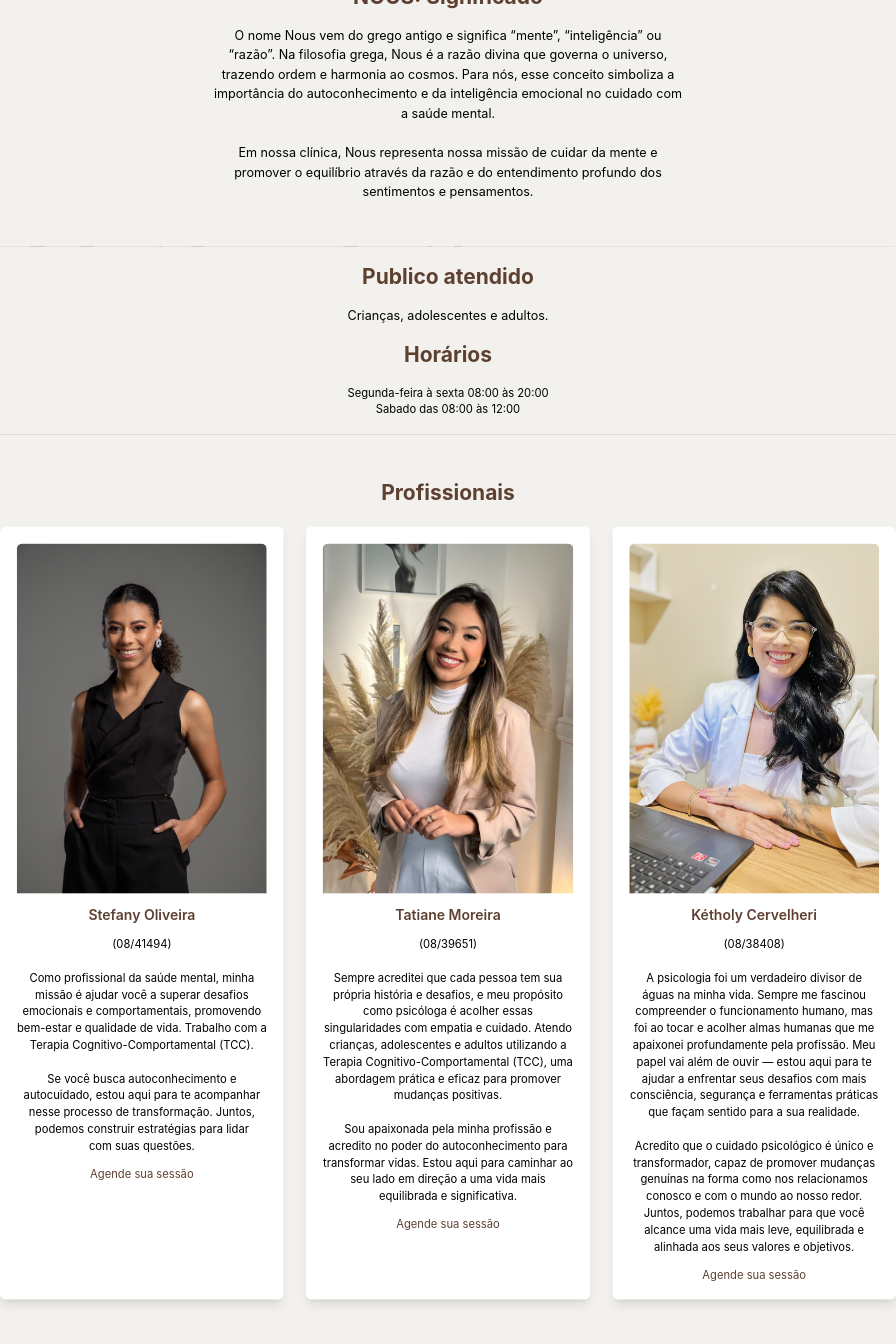
Repository: Mcervelheri/Nous
Page: /
The author's editor kept a copy of each file at every save. The page is drawn from the files as they stood at one save, then again after the next save.
The browser window is 1280 px wide. The pictures show the part of the page from y = 872 to 2792 px (the page is 2792 px tall before and 2786 px after), at 70% of full size.
The project was rebuilt for these pictures with package versions that can differ from the ones it lists, and the page was loaded fresh each time. Also part of the build but not shown: vite.config.js.

Above is the page before, as saved 2025-02-19 22:59:14.

### index.html
<!DOCTYPE html>
<html lang="en">
  <head>
    <meta charset="UTF-8" />
    <link rel="icon" type="image/svg+xml" href="/src/assets/logos/NOUS.png" />
    <meta name="viewport" content="width=device-width, initial-scale=1.0" />
    <title>Clínica NOUS</title>
  </head>
  <body>
    <div id="root"></div>
    <script type="module" src="/src/main.jsx"></script>
  </body>
</html>

### src/index.css
* {
  margin: 0;
  padding: 0;
  box-sizing: border-box;
}

@media (min-width: 768px) {
  .menu {
    display: flex !important;
  }

  .img_meninas {
    height: 500px;
  }
}

@media (max-width: 768px) {
  .img_meninas {
    height: 500px;
  }

  .inicio {
    flex-direction: column;
  }
}

@media (max-width: 570px) {
  .inicio p {
    text-align: center;
    font-size: 14px;
  }
}

html,
body {
  height: 100%;
  margin: 0;
  padding: 0;
}

#root {
  min-height: 100%;
  display: flex;
  flex-direction: column;
}

main {
  flex: 1;
  padding-bottom: 100px;
  /* Espaço suficiente para o footer */
}

footer {
  flex-shrink: 0;
  /* Isso impede que o footer encolha */
}

body {
  margin: 0;
  font-family: -apple-system, BlinkMacSystemFont, "Segoe UI", "Roboto", "Oxygen",
    "Ubuntu", "Cantarell", "Fira Sans", "Droid Sans", "Helvetica Neue",
    sans-serif;
  -webkit-font-smoothing: antialiased;
  -moz-osx-font-smoothing: grayscale;
}

code {
  font-family: source-code-pro, Menlo, Monaco, Consolas, "Courier New",
    monospace;
}

.map-container {
  height: 100%;
  width: 100%;
}

@tailwind base;
@tailwind components;
@tailwind utilities;

### src/components/Header.jsx
import "react";
import { useState } from "react";
import NavLogo from "./NavLogo";
import HamburgerButton from "./HamburgerButton.jsx";
import NavLinks from "./NavLinks";
import logoNous from "/src/assets/logos/logo-nous.png";

const Header = () => {
  const [isOpen, setIsOpen] = useState(false);

  return (
    <nav className="bg-white w-full">
      <div className="max-w-7xl mx-auto px-4 sm:px-6 lg:px-8">
        <div className="flex justify-between items-center h-16">
          <NavLogo logoSrc={logoNous} alt="Logo NOUS" />
          <HamburgerButton isOpen={isOpen} onClick={() => setIsOpen(!isOpen)} />
          <NavLinks isOpen={isOpen} />
        </div>
      </div>
    </nav>
  );
};

export default Header;

### src/components/Main.jsx
import "react";
import Home from "./Home";
import About from "./About";
import Informations from "./Informations";
import Professionals from "./Professionals";

const Main = () => {
  return (
    <>
      <Home />
      <About />
      <Informations />
      <Professionals />
    </>
  );
};

export default Main;

### src/components/NavLogo.jsx
import React from "react";

const NavLogo = ({ logoSrc, alt }) => (
  <div>
    <a href="#inicio">
      <img src={logoSrc} alt={alt} className="h-16" />
    </a>
  </div>
);

export default NavLogo;

### src/components/HamburgerButton.jsx
import React from "react";

const HamburgerButton = ({ isOpen, onClick }) => (
  <button
    className="md:hidden text-[#5e4031] focus:outline-none shadow-md p-2"
    onClick={onClick}
  >
    <svg
      className="w-6 h-6"
      xmlns="http://www.w3.org/2000/svg"
      fill="none"
      viewBox="0 0 24 24"
      stroke="currentColor"
    >
      <path
        strokeLinecap="round"
        strokeLinejoin="round"
        strokeWidth={2}
        d={!isOpen ? "M4 6h16M4 12h16M4 18h16" : "M6 18L18 6M6 6l12 12"}
      />
    </svg>
  </button>
);

export default HamburgerButton;

### src/components/NavLinks.jsx
import React from "react";
import NavLink from "./NavLink";

const NavLinks = ({ isOpen }) => {
  const links = [
    { href: "#inicio", label: "Início" },
    { href: "#sobre", label: "Sobre" },
    { href: "#profissionais", label: "Profissionais" },
    { href: "#missao", label: "Missão" },
    { href: "#contato", label: "Agende", isButton: true },
  ];

  return (
    <div
      className={`${
        isOpen ? "absolute top-16 right-0 bg-white shadow-md z-10" : "hidden"
      } md:flex md:items-center md:space-x-6 menu`}
    >
      {links.map((link) => (
        <NavLink key={link.href} href={link.href} isButton={link.isButton}>
          {link.label}
        </NavLink>
      ))}
    </div>
  );
};

export default NavLinks;

### src/components/Home.jsx
import "react";
import logoGrande from "/src/assets/logos/logo-nous-grande.png";

const Home = () => {
  return (
    <div id="inicio" className="relative h-screen">
      <div className="inicio fixed inset-0 flex items-center bg-[#bb947e] justify-center z-10 pointer-events-none">
        <div className="max-w-xl">
          <img src={logoGrande} alt="NOUS " className="img_inicio object-fit" />
        </div>
        <p className="text-xl max-w-2xl text-black mx-auto">
          Reconheça, compreenda, transforme-se.
        </p>
      </div>
    </div>
  );
};

export default Home;

### src/components/About.jsx
import React from "react";

const Sobre = () => {
  return (
    <div id="sobre" className="relative bg-[#f3f1ed] py-16 z-20">
      <div className="container mx-auto text-center">
        <h2 className="text-3xl font-bold mb-6 text-[#5e4031]">
          NOUS: Significado
        </h2>
        <p className="max-w-2xl mx-auto text-lg">
          O nome Nous vem do grego antigo e significa “mente”, “inteligência” ou
          “razão”. Na filosofia grega, Nous é a razão divina que governa o
          universo, trazendo ordem e harmonia ao cosmos. Para nós, esse conceito
          simboliza a importância do autoconhecimento e da inteligência
          emocional no cuidado com a saúde mental.
          <br></br>
          <br></br>
          Em nossa clínica, Nous representa nossa missão de cuidar da mente e
          promover o equilíbrio através da razão e do entendimento profundo dos
          sentimentos e pensamentos.
        </p>
      </div>
    </div>
  );
};

export default Sobre;

### src/components/Informations.jsx
import React from "react";

const Information = () => {
  return (
    <div id="Informacoes" className="relative bg-[#f3f1ed] py-6 z-20">
      <div className="container mx-auto text-center">
        <h2 className="text-3xl font-bold mb-6 text-[#5e4031]">
          Publico atendido
        </h2>
        <p className="max-w-2xl mx-auto text-lg">
          Crianças, adolescentes e adultos.
        </p>
        <br></br>
        <h2 className="text-3xl font-bold mb-6 text-[#5e4031]">Horários</h2>
        <p>Segunda-feira à sexta 08:00 às 20:00</p>
        <p>Sabado das 08:00 às 12:00</p>
      </div>
    </div>
  );
};

export default Information;

### src/components/Professionals.jsx
import React from "react";
import { ProfessionalsList } from "./ProfessionalsList";

const Professionals = () => {
  return (
    <>
      <div id="profissionais" className="relative bg-[#f3f1ed] py-16 z-20">
        <div className="container mx-auto text-center">
          <h2 className="text-3xl font-bold mb-8 text-[#5e4031]">
            Profissionais
          </h2>
          <ProfessionalsList />
        </div>
      </div>
    </>
  );
};

export default Professionals;

### src/components/NavLink.jsx
import React from "react";

const NavLink = ({ href, children, isButton }) => {
  const baseClasses = "block px-4 py-2";
  const regularClasses = `${baseClasses} md:px-0 hover:text-[#bb947e]`;
  const buttonClasses = `${baseClasses} bg-[#bb947e] text-white px-4 py-2 rounded hover:bg-[#c79165]`;

  return (
    <a href={href} className={isButton ? buttonClasses : regularClasses}>
      {children}
    </a>
  );
};
export default NavLink;

### src/components/ProfessionalsList.jsx
import React from "react";
import Professional from "./Professional";
import professionalsData from "./ProfessionalsData";

export const ProfessionalsList = () => {
  return (
    <div className="grid grid-cols-1 md:grid-cols-3 gap-8">
      {professionalsData.map((professional, index) => (
        <Professional
          key={index}
          img={professional.img}
          name={professional.name}
          crp={professional.crp}
          text1={professional.text1}
          text2={professional.text2}
        />
      ))}
    </div>
  );
};

### src/components/Professional.jsx
import React from "react";

const Professional = ({ img, name, crp, text1, text2 }) => {
  return (
    <div className="bg-white shadow-lg rounded-lg p-6">
      <div>
        <img
          src={img}
          alt={name}
          className="w-full img_meninas object-cover object-top rounded-t-lg"
        />
      </div>
      <h3 className="text-xl font-semibold my-4 text-[#5e4031]">{name}</h3>
      <p className="mb-4">
        ({crp})
        <br />
        <br />
        {text1}
        <br />
        <br />
        {text2}
      </p>
      <a href="#contato" className="text-[#5e4031] hover:underline">
        Agende sua sessão
      </a>
    </div>
  );
};

export default Professional;

### src/components/ProfessionalsData.jsx
import stefanyImg from "/src/assets/Professionals/Stefany.jpg";
import tatianeImg from "/src/assets/Professionals/Tatiane.jpg";
import ketholyImg from "/src/assets/Professionals/Ketholy.jpg";

const professionalsData = [
  {
    img: stefanyImg,
    name: "Stefany Oliveira",
    crp: "08/41494",
    text1:
      "Como profissional da saúde mental, minha missão é ajudar você a superar desafios emocionais e comportamentais, promovendo bem-estar e qualidade de vida. Trabalho com a Terapia Cognitivo-Comportamental (TCC).",
    text2:
      "Se você busca autoconhecimento e autocuidado, estou aqui para te acompanhar nesse processo de transformação. Juntos, podemos construir estratégias para lidar com suas questões.",
  },
  {
    img: tatianeImg,
    name: "Tatiane Moreira",
    crp: "08/39651",
    text1:
      "Sempre acreditei que cada pessoa tem sua própria história e desafios, e meu propósito como psicóloga é acolher essas singularidades com empatia e cuidado. Atendo crianças, adolescentes e adultos utilizando a Terapia Cognitivo-Comportamental (TCC), uma abordagem prática e eficaz para promover mudanças positivas.",
    text2:
      "Sou apaixonada pela minha profissão e acredito no poder do autoconhecimento para transformar vidas. Estou aqui para caminhar ao seu lado em direção a uma vida mais equilibrada e significativa.",
  },
  {
    img: ketholyImg,
    name: "Kétholy Cervelheri",
    crp: "08/38408",
    text1:
      "A psicologia foi um verdadeiro divisor de águas na minha vida. Sempre me fascinou compreender o funcionamento humano, mas foi ao tocar e acolher almas humanas que me apaixonei profundamente pela profissão. Meu papel vai além de ouvir — estou aqui para te ajudar a enfrentar seus desafios com mais consciência, segurança e ferramentas práticas que façam sentido para a sua realidade.",
    text2:
      "Acredito que o cuidado psicológico é único e transformador, capaz de promover mudanças genuínas na forma como nos relacionamos conosco e com o mundo ao nosso redor. Juntos, podemos trabalhar para que você alcance uma vida mais leve, equilibrada e alinhada aos seus valores e objetivos.",
  },
];

export default professionalsData;

Loaded but not shown: src/main.jsx (common file); src/App.jsx (common file); tailwind.config.js (common file)

After the next save:
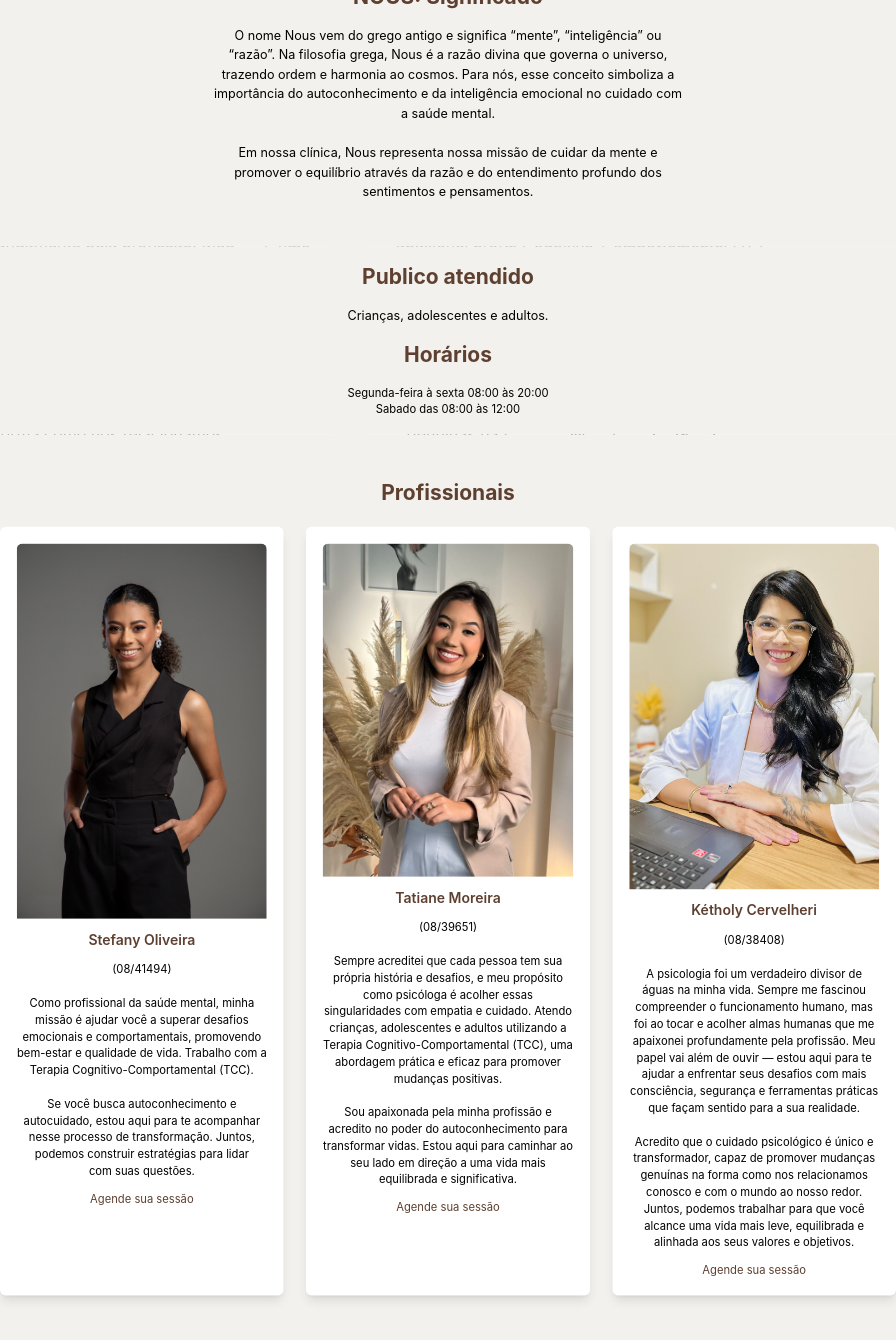
Saved 48 s later.
--- a/src/components/Professional.jsx
+++ b/src/components/Professional.jsx
@@ -7,7 +7,7 @@
         <img
           src={img}
           alt={name}
-          className="w-full img_meninas object-cover object-top rounded-t-lg"
+          className="w-full h-full img_meninas object-cover object-top rounded-t-lg"
         />
       </div>
       <h3 className="text-xl font-semibold my-4 text-[#5e4031]">{name}</h3>

After the save that followed:
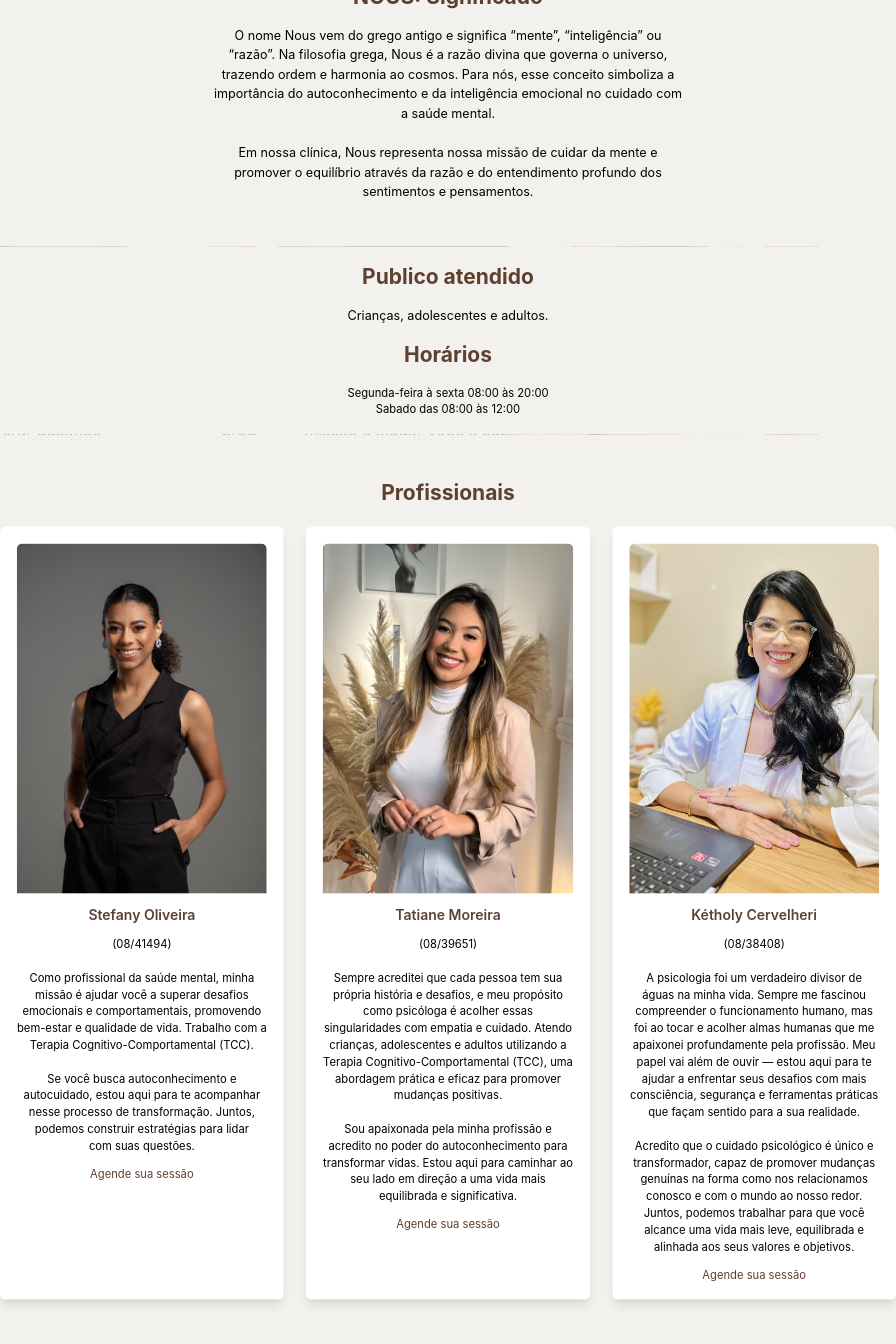
Saved 18 s later.
--- a/src/components/Professional.jsx
+++ b/src/components/Professional.jsx
@@ -3,11 +3,11 @@
 const Professional = ({ img, name, crp, text1, text2 }) => {
   return (
     <div className="bg-white shadow-lg rounded-lg p-6">
-      <div>
+      <div className="w-full">
         <img
           src={img}
           alt={name}
-          className="w-full h-full img_meninas object-cover object-top rounded-t-lg"
+          className="w-full img_meninas object-cover object-top rounded-t-lg"
         />
       </div>
       <h3 className="text-xl font-semibold my-4 text-[#5e4031]">{name}</h3>
